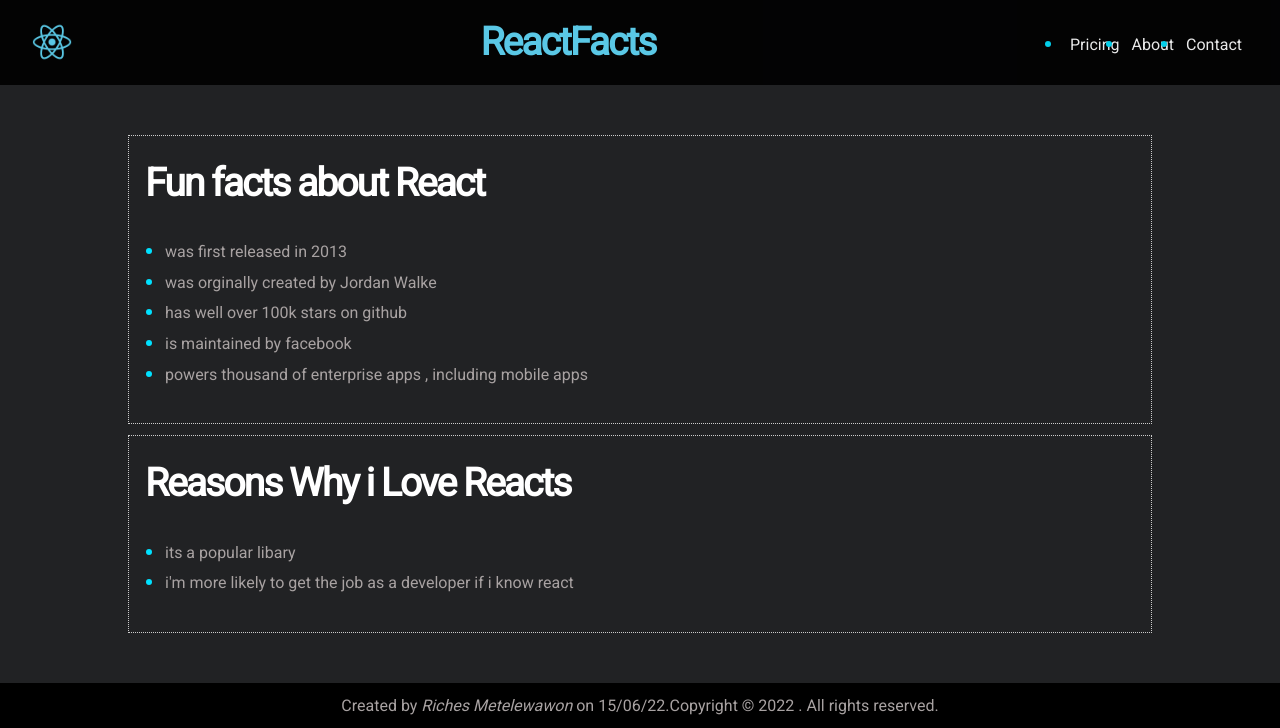
Repository: Richswag009/my-travel-journal
Page: /
An editor plug-in stored every save of this project. The page is shown before and after the next save, followed by the edit.
The browser window is 1280 px wide. The pictures show the whole page.
The project was rebuilt for these pictures with package versions that can differ from the ones it lists, and the page was loaded fresh each time.

Above is the page before, as saved 2022-06-15 14:30:17.

### public/index.html
<!DOCTYPE html>
<html lang="en">
  <head>
    <meta charset="utf-8" />
    <link rel="icon" href="%PUBLIC_URL%/favicon.ico" />
    <meta name="viewport" content="width=device-width, initial-scale=1" />
    <meta name="theme-color" content="#000000" />
    <meta name="description"content="Web site created using create-react-app"/>
    <link rel="apple-touch-icon" href="%PUBLIC_URL%/logo192.png" />
    <link rel="manifest" href="%PUBLIC_URL%/manifest.json" />
    <title>React Fact</title>
  </head>
  <body>
    <noscript>You need to enable JavaScript to run this app.</noscript>
    <div id="root"></div>

  </body>
</html>

### src/App.js

import React,{Component} from 'react';
import './App.css';
import Maincontent from './component/maincontent/Maincontent';
import Navbar from './component/layout/Navbar';
import Footer from './component/layout/Footer';
// import Users from './component/users/Users';
class App extends Component{
  render(){

    return (
      <div className="App">
       <Navbar/>
       <Maincontent/>
       <Footer/>
        </div>
    );
  }
}

export default App;

### src/App.css
@import url('https://fonts.googleapis.com/css?family=Roboto');

/* Global Styles */
:root {
  --primary-color: #dc3545;
  --dark-color: #333333;
  --light-color: #f4f4f4;
  --danger-color: #dc3545;
  --success-color: #28a745;
}

* {
  box-sizing: border-box;
  margin: 0;
  padding: 0;
}

body {
  font-family: 'Roboto', sans-serif;
  font-size: 1rem;
  line-height: 1.6;
  background-color: #212224;
  color: rgb(168, 162, 162);
}

a {
  color: var(--primary-color);
  text-decoration: none;
}

a:hover {
  color: #666;
}

li::marker {
  color: rgb(0, 225, 255);
  font-size: 1.3rem;
}
img {
  width: 100%;
}

/* Utilities */
.container {
  max-width: 1100px;
  margin: auto;
  overflow: hidden;
  padding: 0 2rem;
}

/* Text Styles*/
.x-large {
  font-size: 4rem;
  line-height: 1.2;
  margin-bottom: 1rem;
}

.large {
  font-size: 3rem;
  line-height: 1.2;
  margin-bottom: 1rem;
}

.lead {
  font-size: 1.5rem;
  margin-bottom: 1rem;
}

.text-center {
  text-align: center;
}

.text-primary {
  color: var(--primary-color);
}

.text-dark {
  color: var(--dark-color);
}

.text-success {
  color: var(--success-color);
}

.text-danger {
  color: var(--danger-color);
}

.text-center {
  text-align: center;
}

.text-right {
  text-align: right;
}

.text-left {
  text-align: left;
}

/* Center All */
.all-center {
  display: flex;
  flex-direction: column;
  width: 100%;
  margin: auto;
  justify-content: center;
  align-items: center;
  text-align: center;
}

/* Cards */
.card {
  padding: 1rem;
  border: #ccc 1px dotted;
  margin: 0.7rem 0;
}

/* List */
.list {
  margin: 0.5rem 0;
}

.list li {
  padding-bottom: 0.3rem;
}

/* Padding */
.p {
  padding: 0.5rem;
}
.p-1 {
  padding: 1rem;
}
.p-2 {
  padding: 2rem;
}
.p-3 {
  padding: 3rem;
}
.py {
  padding: 0.5rem 0;
}
.py-1 {
  padding: 1rem 0;
}
.py-2 {
  padding: 2rem 0;
}
.py-3 {
  padding: 3rem 0;
}

/* Margin */
.m {
  margin: 0.5rem;
}
.m-1 {
  margin: 1rem;
}
.m-2 {
  margin: 2rem;
}
.m-3 {
  margin: 3rem;
}
.my {
  margin: 0.5rem 0;
}
.my-1 {
  margin: 1rem 0;
}
.my-2 {
  margin: 2rem 0;
}
.my-3 {
  margin: 3rem 0;
}


.footer{
  margin: auto;
  padding: 10px 0;
  text-align: center;
  background-color: black;
}

/* Grid */
.grid-2 {
  display: grid;
  grid-template-columns: repeat(2, 1fr);
  grid-gap: 1rem;
}

.grid-3 {
  display: grid;
  grid-template-columns: repeat(3, 1fr);
  grid-gap: 1rem;
}

.grid-4 {
  display: grid;
  grid-template-columns: repeat(4, 1fr);
  grid-gap: 1rem;
}

.btn {
  display: inline-block;
  background: var(--light-color);
  color: #333;
  padding: 0.4rem 1.3rem;
  font-size: 1rem;
  border: none;
  cursor: pointer;
  margin-right: 0.5rem;
  transition: opacity 0.2s ease-in;
  outline: none;
}

.btn-link {
  background: none;
  padding: 0;
  margin: 0;
}

.btn-block {
  display: block;
  width: 100%;
}

.btn-sm {
  font-size: 0.8rem;
  padding: 0.3rem 1rem;
  margin-right: 0.2rem;
}

.badge {
  display: inline-block;
  font-size: 0.8rem;
  padding: 0.2rem 0.7rem;
  text-align: center;
  margin: 0.3rem;
  background: var(--light-color);
  color: #333;
  border-radius: 5px;
}

.alert {
  padding: 0.7rem;
  margin: 1rem 0;
  opacity: 0.9;
  background: var(--light-color);
  color: #333;
}

.btn-primary,
.bg-primary,
.badge-primary,
.alert-primary {
  background: var(--primary-color);
  color: #fff;
}

.btn-light,
.bg-light,
.badge-light,
.alert-light {
  background: var(--light-color);
  color: #333;
}

.btn-dark,
.bg-dark,
.badge-dark,
.alert-dark {
  background: var(--dark-color);
  color: #fff;
}

.btn-danger,
.bg-danger,
.badge-danger,
.alert-danger {
  background: var(--danger-color);
  color: #fff;
}

.btn-success,
.bg-success,
.badge-success,
.alert-success {
  background: var(--success-color);
  color: #fff;
}

.btn-white,
.bg-white,
.badge-white,
.alert-white {
  background: #fff;
  color: #333;
  border: #ccc solid 1px;
}

.btn:hover {
  opacity: 0.8;
}

.bg-light,
.badge-light {
  border: #ccc solid 1px;
}

.round-img {
  border-radius: 50%;
}

/* Forms */
input {
  margin: 1.2rem 0;
}

.form-text {
  display: block;
  margin-top: 0.3rem;
  color: #888;
}

input[type='text'],
input[type='email'],
input[type='password'],
input[type='date'],
select,
textarea {
  display: block;
  width: 100%;
  padding: 0.4rem;
  font-size: 1.2rem;
  border: 1px solid #ccc;
}

input[type='submit'],
button {
  font: inherit;
}

table th,
table td {
  padding: 1rem;
  text-align: left;
}

table th {
  background: var(--light-color);
}

/* Navbar */
.navbar {
  display: flex;
  justify-content: space-between;
  align-items: center;
  padding: 0.7rem 2rem;
  z-index: 1;
  width: 100%;
  opacity: 0.9;
  margin-bottom: 1rem;
  background-color:black;
}
.navbar h1{
  color: #61dafb;
  margin: 0;
}
h1{
  color: #fff;
  letter-spacing: -0.05em;
  font-size: 39px;
}
.navbar ul {
  display: flex;
}
.navbar ul li{
  padding:0 6px ;
  color: #fff;
}

.navbar a {
  color: #fff;
  padding: 0.45rem;
  margin: 0 0.25rem;
}

.navbar a:hover {
  color: var(--light-color);
}

.navbar .welcome span {
  margin-right: 0.6rem;
}

/* Mobile Styles */
@media (max-width: 700px) {
  .hide-sm {
    display: none;
  }

  .grid-2,
  .grid-3,
  .grid-4 {
    grid-template-columns: 1fr;
  }

  /* Text Styles */
  .x-large {
    font-size: 3rem;
  }

  .large {
    font-size: 2rem;
  }

  .lead {
    font-size: 1rem;
  }

  /* Navbar */
  .navbar {
    display: block;
    text-align: center;
  }

  .navbar ul {
    text-align: center;
    justify-content: center;
  }
}

### src/component/maincontent/Maincontent.js
import React, { Component } from 'react'
// import React from "react";
export default class Maincontent extends Component {



    render() {
        return (
            <div className='content ' style={{width:'80%',margin:'50px auto'}}>

                <div className=' card'>
                    <h1>Fun facts about React</h1>
                    <ul style={{margin:'20px'}}>
                        <li>was first released in 2013</li>
                        <li>was orginally created by Jordan Walke</li>
                        <li>has well over 100k stars on github</li>
                        <li>is maintained by facebook</li>
                        <li>powers thousand of enterprise apps , including mobile apps</li>
                    </ul>
                </div>

                <div className='card'>
                    <h1>Reasons Why i Love Reacts</h1>
                    <ul style={{margin:'20px'}}>
                        <li>its a popular libary</li>
                        <li>i'm more likely to get the job as a developer if i know react</li>
                    </ul>
                </div>

            </div>
        )
    }

}
// function page(){

//         return (
//             <div>
//                 <ol>
//                     <li>Lorem ipsum dolor sit amet.</li>
//                     <li>Lorem ipsum dolor sit amet.</li>
//                     <li>Lorem ipsum dolor sit amet.</li>
//                 </ol>
//             </div>
//         )

// }export default page

### src/component/layout/Navbar.js
import React, { Component } from 'react'
import logo from '../layout/logo192.png'


export default class Navbar extends Component {


    render() {
        return (
            <div>
                <nav className='navbar'>
                 <img src={logo} alt="" style={{width:'40px',dispaly:'block'}} />
                 <h1>ReactFacts</h1>

                <ul className='px-2'>
                    <li>Pricing </li>
                    <li>About </li>
                    <li>Contact </li>
                </ul>
                </nav>
            </div>
        )
    }
}

### src/component/layout/Footer.js
import React, { Component } from 'react'

export default class Footer extends Component {



    render() {
        return (
            <div className='footer'>
               <p>Created by <i>Riches Metelewawon</i>  on 15/06/22.Copyright © 2022 . All rights reserved.
               </p>
            </div>
        )
    }
}

Loaded but not shown: src/index.js (common file)

After the next save:
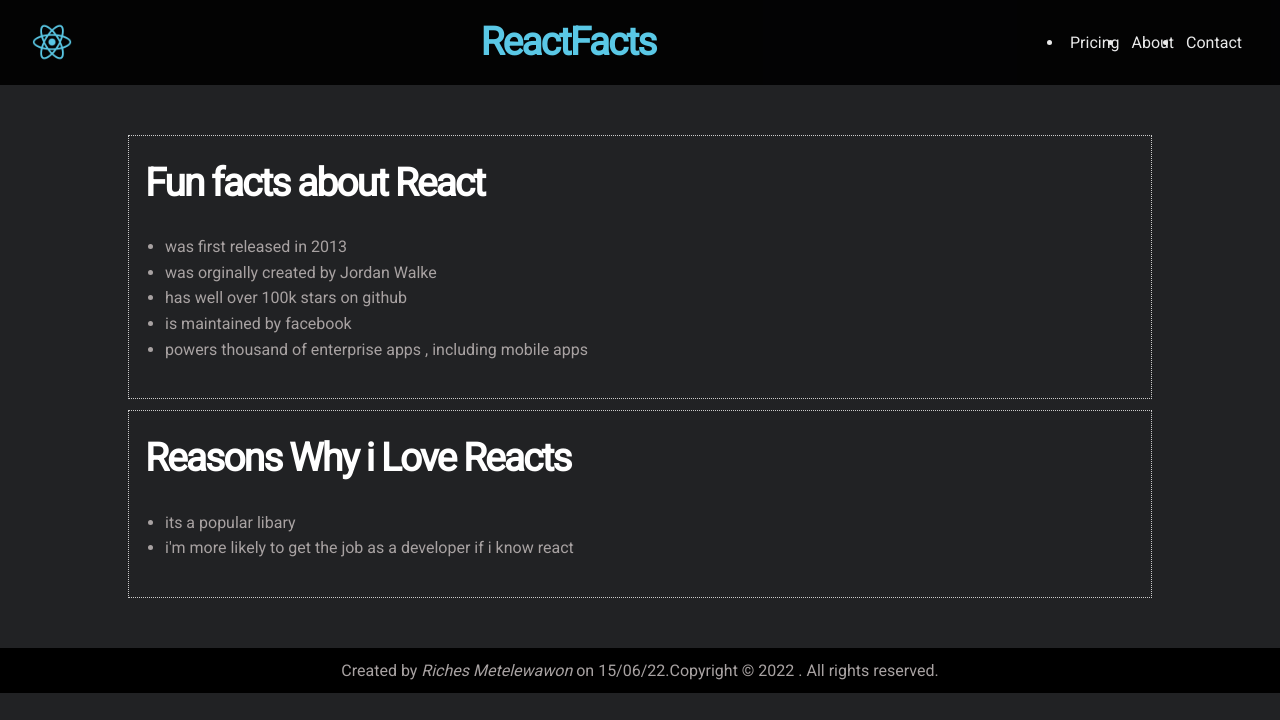
Saved 29 s later.
--- a/src/App.css
+++ b/src/App.css
@@ -32,7 +32,7 @@
   color: #666;
 }
 
-li::marker {
+.content >li::marker {
   color: rgb(0, 225, 255);
   font-size: 1.3rem;
 }

After the 2 saves that followed:
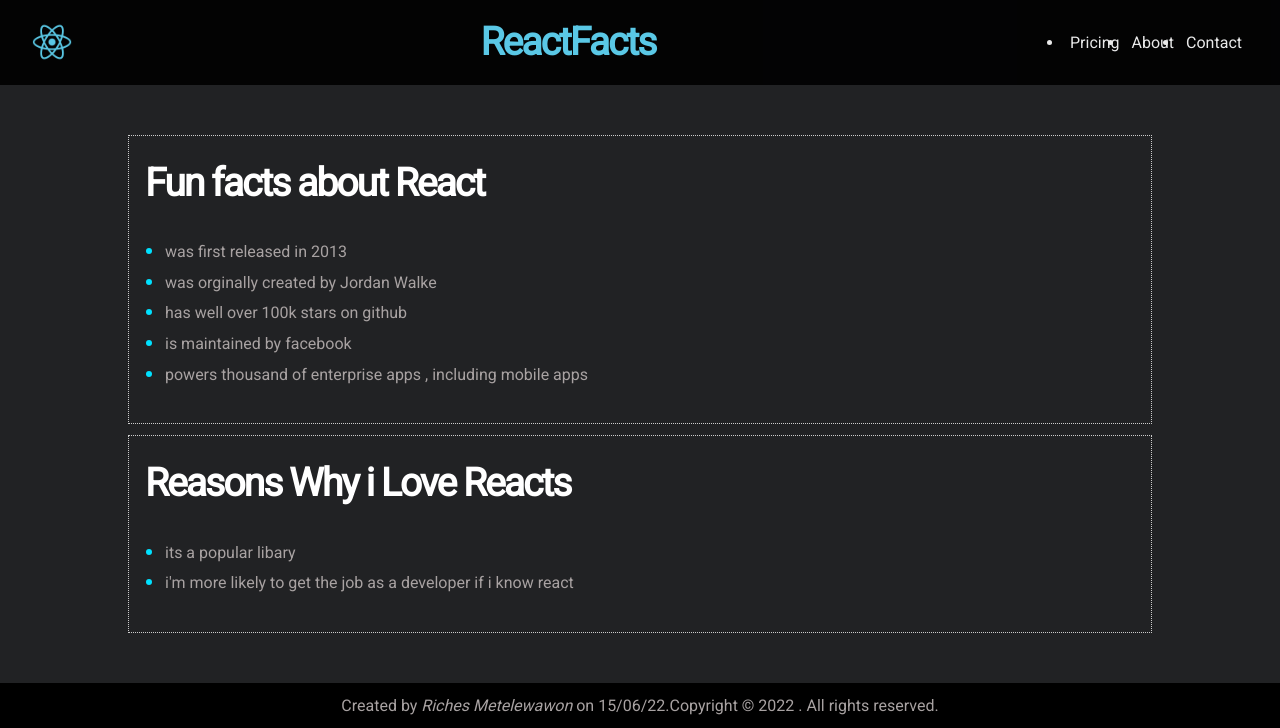
The 2 saves are shown as one change because 1 left the picture as it was.
The last was saved 57 s later.
--- a/src/App.css
+++ b/src/App.css
@@ -32,7 +32,7 @@
   color: #666;
 }
 
-.content >li::marker {
+.content ul li::marker {
   color: rgb(0, 225, 255);
   font-size: 1.3rem;
 }
